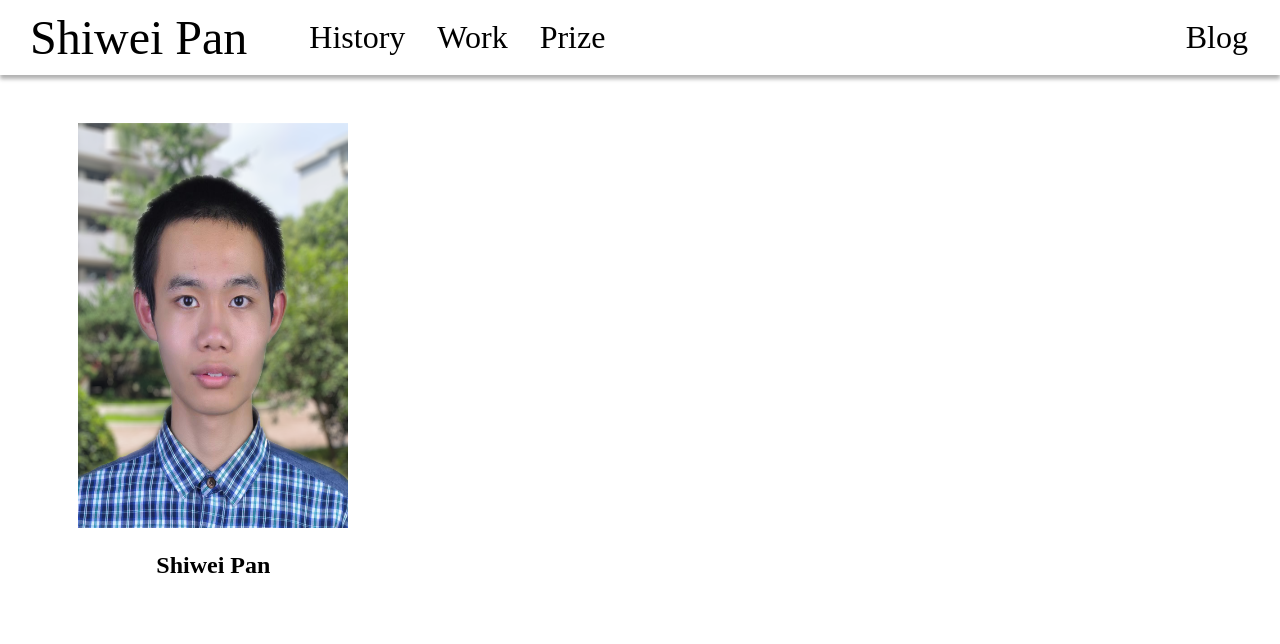
Repository: erikpsw/web
Page: new/psw.html
The author's editor kept a copy of each file at every save. The page is drawn from the files as they stood at one save, then again after the next save.
The browser window is 1280 px wide. The pictures show the whole page.

Above is the page before, as saved 2022-06-16 21:49:03.

### new/psw.html
<!DOCTYPE html>
<html>
<head>
<meta charset="utf-8">
<title>Shiwei Pan</title>
<link rel="stylesheet" type="text/css" href="styles.css">
</head>
<body class="body">
<nav id="start_box">
    <a class="nav" id="title" href="">Shiwei Pan</a>
    <a class="nav" href="" >History</a>
    <a class="nav" href="">Work</a>
    <a class="nav" href="">Prize</a>
    <a class="nav" id="myblog" target="_blank" href="https://erikpsw.github.io/">Blog</a>
</nav>
<section>
    <div id="profile">
        <img src="\pic\mine.png" id="mine">
        <h2 id="intro">Shiwei Pan</h2>
    </div>
</section>
</body>
</html>

### new/styles.css
#start_box
{
    background-color: whit;
    display:flex;
    box-shadow: 0 0.25rem 0.25rem 0 rgb(0 0 0 / 31%);
}

#title{
    text-decoration: none;
    font-family:"Times New Roman",Georgia,Serif;
    font-style:inherit;
    padding:10px 30px 10px;
    color:black;
    font-size: 3em;
}

.nav{
    text-decoration: none;
    font-family:"Times New Roman",Georgia,Serif;
    padding-left:1em;
    color:black;
    display: inline-flex;
    align-items: center;
    font-size: 2em;
}

.body{
    margin: 0%;
}

#myblog{
    margin-left: auto;
    padding-right: 1em;
}

#mine{
    width: 270px;
    height: 405px;
}

#profile{
    text-align: center;
    margin-top: 3em;
    max-width: 33.333%;
}

#intro{
    text-align: center
}

After the next save:
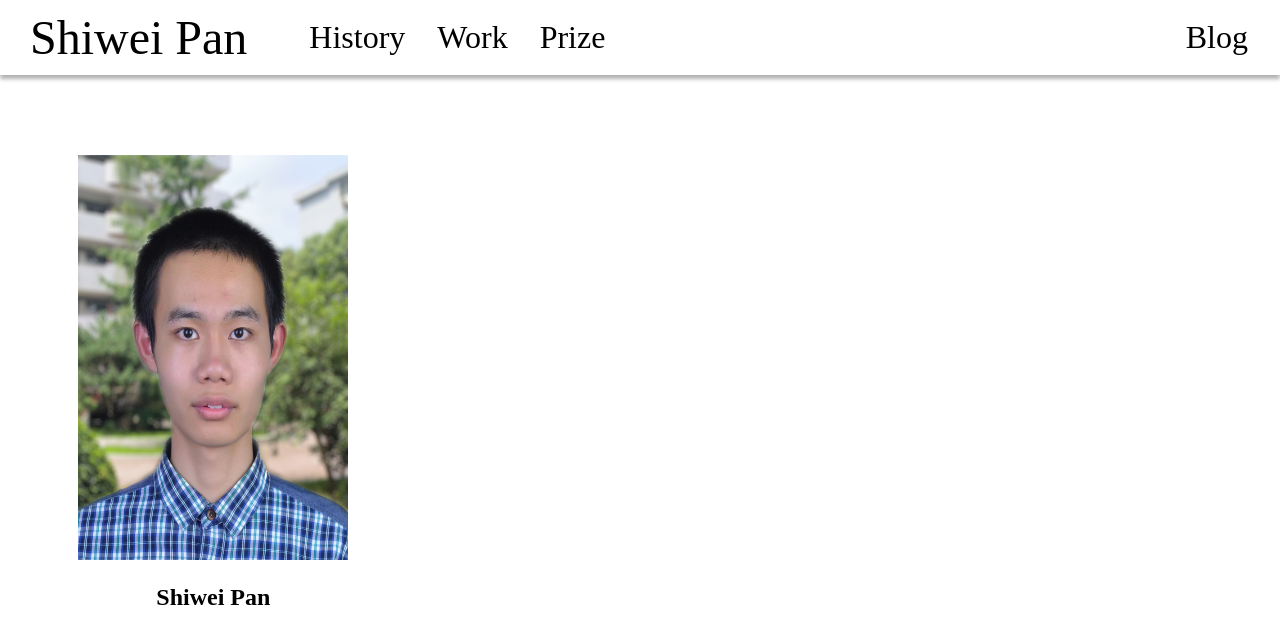
Saved 19 s later.
--- a/new/styles.css
+++ b/new/styles.css
@@ -40,7 +40,7 @@
 
 #profile{
     text-align: center;
-    margin-top: 3em;
+    margin-top: 5em;
     max-width: 33.333%;
 }
 
